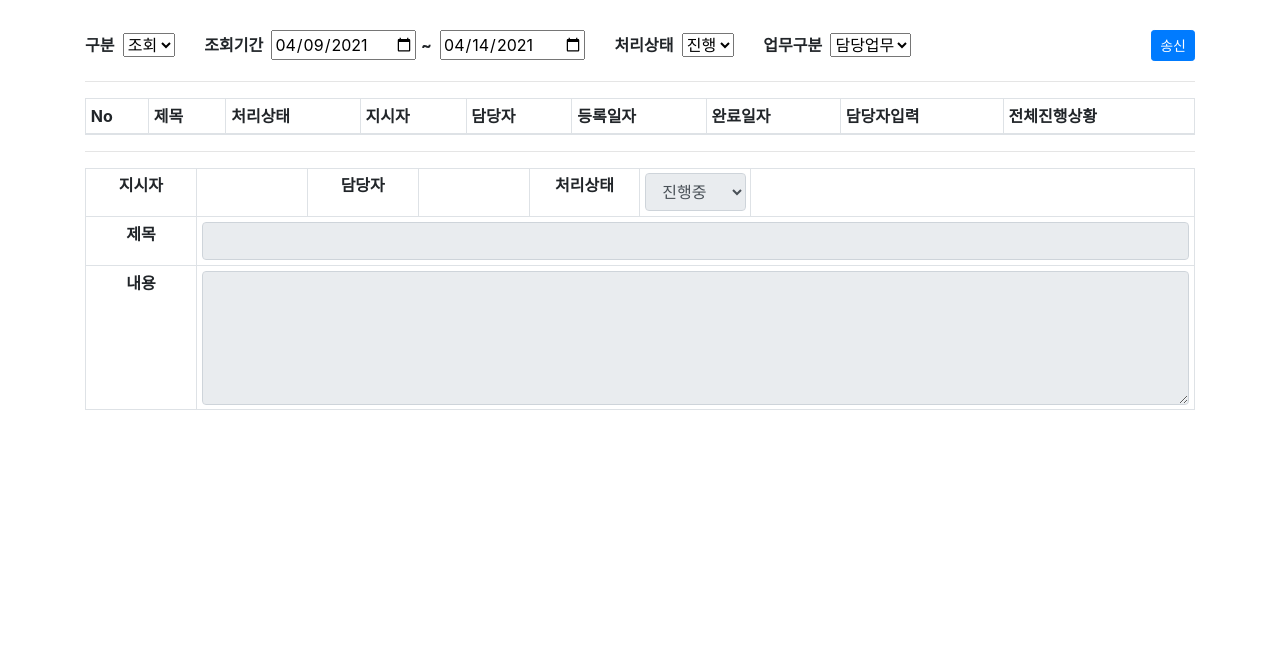
Repository: jungtaeyong/FSB_Project
Page: http://localhost/FsbJobMgt/main.jsp
The author's editor kept a copy of each file at every save. The page is drawn from the files as they stood at one save, then again after the next save.
The browser window is 1280 px wide. The pictures show the whole page.
After loading, the first visible `#action_submit` was clicked once.
The page is served by Tomcat 9.

Above is the page before, as saved 2021-04-16 06:01:30.
Console error: ReferenceError: setTable is not defined

### FsbJobMgt/WebContent/main.jsp
<%@ page language="java" contentType="text/html; charset=EUC-KR" pageEncoding="EUC-KR"%>
<%@ include file="/modal1_Adding.jsp" %>

<!DOCTYPE html PUBLIC "-//W3C//DTD HTML 4.01 Transitional//EN" "http://www.w3.org/TR/html4/loose.dtd">
<html>
<head>
<meta http-equiv="Content-Type" content="text/html; charset=EUC-KR">
<title>업무 관리</title>
</head>
<body>
<!-- jquery  -->
<script type="text/javascript" src="js/jquery-3.6.0.min.js"></script>

<!-- bootstrap -->
<link rel="stylesheet" type="text/css" href="lib/Bootstrap-4-4.1.1/css/bootstrap.min.css"/>
<script type="text/javascript" src="lib/Bootstrap-4-4.1.1/js/bootstrap.min.js"></script>

<!-- datatables -->
<link rel="stylesheet" type="text/css" href="lib/DataTables-1.10.24/css/dataTables.bootstrap4.min.css"/>
<script type="text/javascript" src="lib/DataTables-1.10.24/js/jquery.dataTables.min.js"></script>
<script type="text/javascript" src="lib/DataTables-1.10.24/js/dataTables.bootstrap4.min.js"></script>
<script>
$(document).ready(function() {
	/* 초기 조회 조건 세팅 */
	$('#REQUEST_TYPE').val('1'); //구분
	$('#BZWR_STS').val('01'); //처리상태
	$('#BZWR_DSTC').val('2'); //업무구분

	let befor7days= new Date();
	befor7days.setDate(befor7days.getDate()-5);
	document.getElementById('FROM_DATE').valueAsDate = befor7days; //FROM_DATE
	document.getElementById('TO_DATE').valueAsDate = new Date(); //TO_DATE


	/* 송신버튼 */
	$('#action_submit').click(function(){
		let dvcd = $('#REQUEST_TYPE').val();
		if(dvcd=='1'){
			console.log('조회');
			setTable();
		}else if(dvcd=='2'){
			console.log('등록');
			createNewJob();
		}else if(dvcd=='3'){
			console.log('변경');
			updateJob();
		}
	});

	/* 구분 변경 이벤트 처리 */
	$('#REQUEST_TYPE').change(function() {
		let dvcd = $('#REQUEST_TYPE').val();
		if(dvcd=='1'){
			$('#BZWR_EXC_CHGR_BTN').hide();
			$('#BZWR_STS_2').attr("disabled",true);
			$('#BZWR_TTL').attr("disabled",true);
			$('#BZWR_CNTN').attr("disabled",true);
		}else if(dvcd=='2'){
			$('#BZWR_INDC_CHGR').text('로그인 유저');
			$('#BZWR_EXC_CHGR').text('');
			$('#BZWR_EXC_CHGR_BTN').show();
			$('#BZWR_STS_2').attr("disabled",true);
			$('#BZWR_TTL').val("");
			$('#BZWR_CNTN').val("");
			$('#BZWR_TTL').removeAttr("disabled");
			$('#BZWR_CNTN').removeAttr("disabled");
		}else if(dvcd=='3'){
			$('#BZWR_EXC_CHGR_BTN').show();
			$('#BZWR_STS_2').removeAttr("disabled");
			$('#BZWR_TTL').removeAttr("disabled");
			$('#BZWR_CNTN').removeAttr("disabled");
			alert('변경할 데이터를 선택해주세요.');
		}
	});

} );


	/* 테이블 데이터 로딩 */
	var sendData = {
    		REQUEST_TYPE:$('#REQUEST_TYPE').val(),
    		FROM_DATE:$('#FROM_DATE').val(),
    		TO_DATE:$('#TO_DATE').val(),
    		BZWR_STS:$('#BZWR_STS').val(),
    		BZWR_DSTC:$('#BZWR_DSTC').val()
    };
	console.log('sendData',sendData);
	var jobList = $('#job_list').DataTable( {
        ajax : {
        	url : 'lib/testJson2.json'
        	//type : 'POST',
        	//data : sendData
        },
        columns : [
			{data: null },
			{data: "BZWR_TTL" },
            {data: "BZWR_STS", render : function ( data, type, row, meta ) {
            	if(data=="01"){
            		return '진행중';
            	}else if(data=="02"){
            		return '완료';
            	}
            }},
            {data: "BZWR_INDC_CHGR_TXT" },
            {data: "BZWR_EXC_CHGR_TXT" },
            {data: "BZWR_REG_DT" },
            {data: "BZWR_CMPL_DT" },
            {data: null , render : function ( data, type, row, meta ) {
                return '<button name="first_btn" class="btn btn-sm btn-default">입력</button>'
            }},
            {data: null , render : function ( data, type, row, meta ) {
                return '<button name="second_btn" class="btn btn-sm btn-default">확인</button>'
            }}
        ],
        columnDefs: [{ className: 'text-center', targets: [0,2,3,4,5,6,7,8] }],
        order: [[ 1, 'asc' ]]
    });

	/* 테이블 Index 생성을 위한 함수 */
	jobList.on( 'order.dt search.dt', function () {
		jobList.column(0, {search:'applied', order:'applied'}).nodes().each( function (cell, i) {
	        cell.innerHTML = i+1;
	    } );
	} ).draw();

	/* 테이블 클릭 이벤트  -> 클릭한 row에 해당하는 데이터를 상세 정보에 보여줌*/
	$('#job_list tbody').on('click', 'td:nth-child(-n+7)', function () {
		let data = jobList.row( this ).data();
	    console.log('Table Click Event',data);

		if($('#REQUEST_TYPE').val()!='2'){ //"구분-등록" 상태면 반응 없음.
	        $('#BZWR_INDC_CHGR').text(data.BZWR_INDC_CHGR_TXT); //지시자
	        $('#BZWR_EXC_CHGR').text(data.BZWR_EXC_CHGR_TXT); //담당자
	        $('#BZWR_STS_2').val(data.BZWR_STS); //처리상태(업무상태)
	        $('#BZWR_TTL').val(data.BZWR_TTL); //제목
	        $('#BZWR_CNTN').val(data.BZWR_CNTN); //내용
	        if($('#REQUEST_TYPE').val()=='1' || data.BZWR_STS=='02'){
	        	$('#BZWR_EXC_CHGR_BTN').hide();
				$('#BZWR_STS_2').attr("disabled",true);
				$('#BZWR_TTL').attr("disabled",true);
				$('#BZWR_CNTN').attr("disabled",true);
	        }else{
	        	$('#BZWR_EXC_CHGR_BTN').show();
				$('#BZWR_STS_2').removeAttr("disabled");
				$('#BZWR_TTL').removeAttr("disabled");
				$('#BZWR_CNTN').removeAttr("disabled");
	        }
		}
	} );

	/* 선택된  row 하이라이트 */
	$('#job_list tbody').on('click', 'tr', function() {
		$('#job_list tbody > tr').css('background-color','#ffffff');
		$(this).css('background-color','#f0f5f5');
	});

	/* 테이블 버튼 이벤트(담당자입력) */
	$('#job_list tbody').on( 'click', 'button[name="first_btn"]', function () {
	    let data = jobList.row( $(this).parents('tr') ).data();
		//console.log("First Button",data);
		setData(data); //모달 페이지로 데이터를 전달하기 위한 함수
		$('#exampleModal').modal();
	} );

	/* 테이블 버튼 이벤트(전체진행상황) */
	$('#job_list tbody').on( 'click', 'button[name="second_btn"]', function () {
	    let data = jobList.row( $(this).parents('tr') ).data();
		//console.log("Second Button",data);
	    setData(data); //모달 페이지로 데이터를 전달하기 위한 함수
		$('#exampleModalCenter').modal();
	} );

/* 등록 */
function createNewJob(){
	$.ajax({
		url:'',
		dataType:'application/json',
		data : {
			REQUEST_TYPE:$('#REQUEST_TYPE').val(), //구분(조회,등록,변경)
			BZWR_DSTC:$('#BZWR_DSTC').val(), //업무구분
			BZWR_INDC_CHGR:'로그인 유저', //업무지시담당자
			BZWR_EXC_CHGR:'담당자', //업무수행담당자
			BZWR_STS:'1', //업무상태 (등록 시 진행으로 세팅)
			BZWR_TTL:$('#BZWR_TTL').val(), //업무제목
			BZWR_CNTN:$('#BZWR_CNTN').val() //업무내용
		},
		success:function(data){
			alert('등록 되었습니다.');
	   }
	})
}

/* 변경 */
function updateJob(){
	$.ajax({
		url:'',
		dataType:'application/json',
		data : {
			REQUEST_TYPE:$('#REQUEST_TYPE').val(), //구분(조회,등록,변경)
			BZWR_DSTC:$('#BZWR_DSTC').val(), //업무구분
			BZWR_EXC_CHGR:'담당자', //업무수행담당자
			BZWR_STS:$('#BZWR_STS_2').val(), //업무상태
			BZWR_TTL:$('#BZWR_TTL').val(), //업무제목
			BZWR_CNTN:$('#BZWR_CNTN').val() //업무내용
		},
		success:function(data){
			alert('변경 되었습니다.');
	   }
	})
}

</script>
<div class="container" style="margin-top:30px">
	<!-- 조회 조건 -->
	<div>
		<div>
			<label style="font-weight:bold;">구분&nbsp;</label>
			<select id="REQUEST_TYPE" style="margin-right:25px">
			    <option value="1">조회</option>
			    <option value="2">등록</option>
			    <option value="3">변경</option>
			</select>
			<label style="font-weight:bold">조회기간&nbsp;</label>
			<input type="date" id="FROM_DATE" style="width:145px" value=""/>
			<label style="font-weight:bold">~&nbsp;</label>
			<input type="date" id="TO_DATE" value=""  style="margin-right:25px;width:145px"/>
			<label style="font-weight:bold;">처리상태&nbsp;</label>
			<select id="BZWR_STS" style="margin-right:25px">
			    <option value="01">진행</option>
			    <option value="02">완료</option>
			    <option value="03">전체</option>
			</select>
			<label style="font-weight:bold;">업무구분&nbsp;</label>
			<select id="BZWR_DSTC">
			    <option value="1">지시업무</option>
			    <option value="2">담당업무</option>
			</select>
			<input type='button' id="action_submit" class="btn btn-sm btn-primary" style="float:right" value='송신'/>
		</div>
	</div>
	<hr/>
	<!-- 목록 -->
	<div>
		<table id="job_list" class="table table-sm table-bordered">
	        <thead>
	            <tr>
	            	<th>No</th>
	                <th>제목</th>
	                <th>처리상태</th>
	                <th>지시자</th>
	                <th>담당자</th>
	                <th>등록일자</th>
	                <th>완료일자</th>
	                <th>담당자입력</th>
	                <th>전체진행상황</th>
	            </tr>
	        </thead>
	    </table>
	</div>
	<hr/>
	<!-- 상세 -->
	<div>
		<table class="table table-bordered table-sm display" style="text-align:center;">
			<tr>
				<th scope="col" width="10%">지시자</th>
				<td scope="col" id="BZWR_INDC_CHGR" width="10%"></td>
				<th scope="col" width="10%">담당자</th>
				<td scope="col" width="10%">
					<span id="BZWR_EXC_CHGR"></span>
					<button id="BZWR_EXC_CHGR_BTN" class="btn btn-sm btn-info" style="display:none">선택</button>
				</td>
				<th scope="col" width="10%">처리상태</th>
				<td scope="col" width="10%">
					<select id="BZWR_STS_2" class="form-control" disabled>
					    <option value="01">진행중</option>
					    <option value="02">완료</option>
					</select>
				</td>
				<td scope="col"></td>
			</tr>
			<tr>
				<th scope="row">제목</th><td colspan="6"><input type="text" id="BZWR_TTL" class="form-control input-sm" disabled/></td>
			</tr>
			<tr>
				<th scope="row">내용</th><td colspan="6"><textarea ID="BZWR_CNTN" class="form-control input-sm" rows="5" disabled></textarea></td>
			</tr>
		</table>
	</div>
</div>
</body>
</html>

### FsbJobMgt/WebContent/modal1_Adding.jsp
<%@ page language="java" contentType="text/html; charset=EUC-KR"
    pageEncoding="EUC-KR"%>
<!DOCTYPE html>

<html lang="en">
  <head>
    <!-- Required meta tags -->
    <meta charset="utf-8">
    <meta name="viewport" content="width=device-width, initial-scale=1, shrink-to-fit=no">

	<!-- jquery  -->
	<script type="text/javascript" src="js/jquery-3.6.0.min.js"></script>

	<!-- bootstrap -->
	<link rel="stylesheet" type="text/css" href="lib/Bootstrap-4-4.1.1/css/bootstrap.min.css"/>
	<script type="text/javascript" src="lib/Bootstrap-4-4.1.1/js/bootstrap.min.js"></script>




<!--     드롭다운 style -->
    <style>
	.dropbtn {
	  background-color: #4CAF50;
	  color: white;
	  padding: 16px;
	  font-size: 16px;
	  border: none;
	}

	.dropdown {
	  position: relative;
	  display: inline-block;
	}

	.dropdown-content {
	  display: none;
	  position: absolute;
	  background-color: #f1f1f1;
	  min-width: 160px;
	  box-shadow: 0px 8px 16px 0px rgba(0,0,0,0.2);
	  z-index: 1;
	}

	.dropdown-content a {
	  color: black;
	  padding: 12px 16px;
	  text-decoration: none;
	  display: block;
	}

	.dropdown-content a:hover {background-color: #ddd;}

	.dropdown:hover .dropdown-content {display: block;}

	.dropdown:hover .dropbtn {background-color: #3e8e41;}
	</style>

  </head>
  <script>
	function setData(data){
		let dataObjFromMain; //dataObjFromMain.JOB_CD 처럼 접근해서 사용.
		dataObjFromMain=data;
		console.log('dataObjFromMain',dataObjFromMain); //확인용

		/* 여기에 DB에 데이터 요청하고 받아오고 view에 적용하는 로직 작성 */
	}
  </script>
  <body>
    <!--
    <h1>In Page</h1>
	<button type="button" class="btn btn-primary" data-toggle="modal" data-target="#exampleModal" data-whatever="@mdo">담당자 추가</button>
	-->


	<!-- 	### 담당자 추가 -->
	<div class="modal fade" id="exampleModal" tabindex="-1" role="dialog" aria-labelledby="exampleModalLabel" aria-hidden="true">
	  <div class="modal-dialog" role="document">
	    <div class="modal-content">
	      <div class="modal-header">
	        <h5 class="modal-title" id="exampleModalLabel">담당자 추가</h5>
	        <button type="button" class="close" data-dismiss="modal" aria-label="Close">
	          <span aria-hidden="true">&times;</span>
	        </button>
	      </div>

	      <div class="modal-body">
		    <b>최초 지시자&emsp;</b> <em>OOO</em>
		    &emsp;&emsp;&emsp;&emsp;&emsp;
		    <b>현재 담당자&emsp;</b> <em>OOO</em>

	     	<br/><br/>

			<table>
				<tr><!--행(row)선언-->
	                <th><b>추가 담당자</b></th>


	                	<!-- <input type="text" name = "UserID" value="" placeholder = "담당자 입력" style="width:100px; right:30%;"/> -->
	                	<!-- <input type="text" class="form-control" id="recipient-name" style="width:100px; padding-left:10px"> -->
	                	<td>
	                	&emsp;
	                		<select name="solar_birth_yn" id="solar_birth_yn">
		                		<option value="none">부 서</option>
		 				       	<option value="1">IT</option>
					       	 	<option value="2">일반본부</option>
					   		</select>
					   	&emsp;
					   		<select name="solar_birth_yn" id="solar_birth_yn">
		                		<option value="none">팀</option>
		 				       	<option value="1">계정운영팀</option>
					       	 	<option value="2">계정개발팀</option>
					   		</select>
					   	&emsp;
					   		<select name="solar_birth_yn" id="solar_birth_yn">
		                		<option value="none">사원</option>
		 				       	<option value="1">홍길동</option>
					       	 	<option value="2">김동율</option>
					   		</select>
					    </td>

	                <!-- <th rowspan="2"><input type="submit" value="로그인"/></th> -->
        	    </tr>
			</table>


			<hr>

	        <form>
	          <div class="form-group">
	            <label for="recipient-name" class="col-form-label">제 목</label>
	            <input type="text" class="form-control" id="recipient-name">
	          </div>
	          <div class="form-group">
	            <label for="message-text" class="col-form-label">내 용</label>
	            <textarea class="form-control" id="message-text" style="height:100px"></textarea>
	          </div>
	        </form>
	      </div>

	      <div class="modal-footer">
	        <button type="button" class="btn btn-secondary" data-dismiss="modal">닫기</button>
	        <button type="button" class="btn btn-primary">등록</button>
	      </div>
	    </div>
	  </div>
	</div>

	<!-- 	### 지시현황 체크 -->
		<!-- Button trigger modal -->
	<!--
	<button type="button" class="btn btn-primary" data-toggle="modal" data-target="#exampleModalCenter">
	  지시현황
	</button>
	-->

	<!-- Modal -->
	<div class="modal fade" id="exampleModalCenter" tabindex="-1" role="dialog" aria-labelledby="exampleModalCenterTitle" aria-hidden="true">
	  <div class="modal-dialog modal-dialog-centered" role="document">
	    <div class="modal-content">
	      <div class="modal-header">
	        <h5 class="modal-title" id="exampleModalCenterTitle">지시현황</h5>
	        <button type="button" class="close" data-dismiss="modal" aria-label="Close">
	          <span aria-hidden="true">&times;</span>
	        </button>
	      </div>

	      <div class="modal-body">
		     <table class="table">
				 <thead>
				   <tr>
				      <th>지시자</th>
				      <th>담당자</th>
				      <th>처리 상태</th>
   				      <th>지시 일자</th>
				   </tr>
				 </thead>
				 <tbody>
				   <tr>
				      <td>John</td>
				      <td>Doe</td>
				      <td>진행중</td>
				      <td>2021.03.01</td>
				   </tr>
				   <tr>
				      <td>Doe</td>
				      <td>Moe</td>
				      <td>진행중</td>
   				      <td>2021.04.02</td>
				   </tr>
				   <tr>
				      <td>Moe</td>
				      <td>Ryul</td>
				      <td>완료</td>
				      <td>2021.04.10</td>
				   </tr>
				 </tbody>
			</table>
	      </div>

	      <div class="modal-footer">
	        <button type="button" class="btn btn-secondary" data-dismiss="modal">닫기</button>
	      </div>
	    </div>
	  </div>
</div>




 </body>
</html>

### FsbJobMgt/WebContent/lib/testJson2.json
{
  "data": [
    {
      "BZWR_DSTC": "1",
      "JOB_CD": "20210410123456",
      "SQNO": "1",
      "BZWR_STS": "01",
      "BZWR_REG_DT": "2021-04-10",
      "BZWR_CMPL_DT": "",
      "BZWR_INDC_CHGR": "221001",
      "BZWR_INDC_CHGR_TXT": "김동률",
      "BZWR_EXC_CHGR":"221002",
      "BZWR_EXC_CHGR_TXT":"전명환",
      "BZWR_TTL":"업무제목랄랄랄",
      "BZWR_CNTN":"업무내용호롤롤롤"
    },
    {
      "BZWR_DSTC": "1",
      "JOB_CD": "20210410153215",
      "SQNO": "2",
      "BZWR_STS": "01",
      "BZWR_REG_DT": "2021-04-10",
      "BZWR_CMPL_DT": "",
      "BZWR_INDC_CHGR": "221001",
      "BZWR_INDC_CHGR_TXT": "김동산",
      "BZWR_EXC_CHGR":"221002",
      "BZWR_EXC_CHGR_TXT":"나승훈",
      "BZWR_TTL":"한국신용정보원",
      "BZWR_CNTN":"일반신용정보관리규약 실무 해설"
    },
    {
      "BZWR_DSTC": "1",
      "JOB_CD": "20210410095031",
      "SQNO": "3",
      "BZWR_STS": "02",
      "BZWR_REG_DT": "2021-04-10",
      "BZWR_CMPL_DT": "2021-04-20",
      "BZWR_INDC_CHGR": "221001",
      "BZWR_INDC_CHGR_TXT": "배문국",
      "BZWR_EXC_CHGR":"221002",
      "BZWR_EXC_CHGR_TXT":"엄상식",
      "BZWR_TTL":"Unit Method 명명규칙",
      "BZWR_CNTN":"피대문자 어플리케이션코드 세자리 대문자 업무구분코드"
    }
 ]
}

Loaded but not shown: FsbJobMgt/WebContent/js/jquery-3.6.0.min.js (library); FsbJobMgt/WebContent/lib/Bootstrap-4-4.1.1/css/bootstrap.min.css (library); FsbJobMgt/WebContent/lib/Bootstrap-4-4.1.1/js/bootstrap.min.js (library); FsbJobMgt/WebContent/lib/DataTables-1.10.24/css/dataTables.bootstrap4.min.css (library); FsbJobMgt/WebContent/lib/DataTables-1.10.24/js/jquery.dataTables.min.js (library); FsbJobMgt/WebContent/lib/DataTables-1.10.24/js/dataTables.bootstrap4.min.js (library)

After the next save:
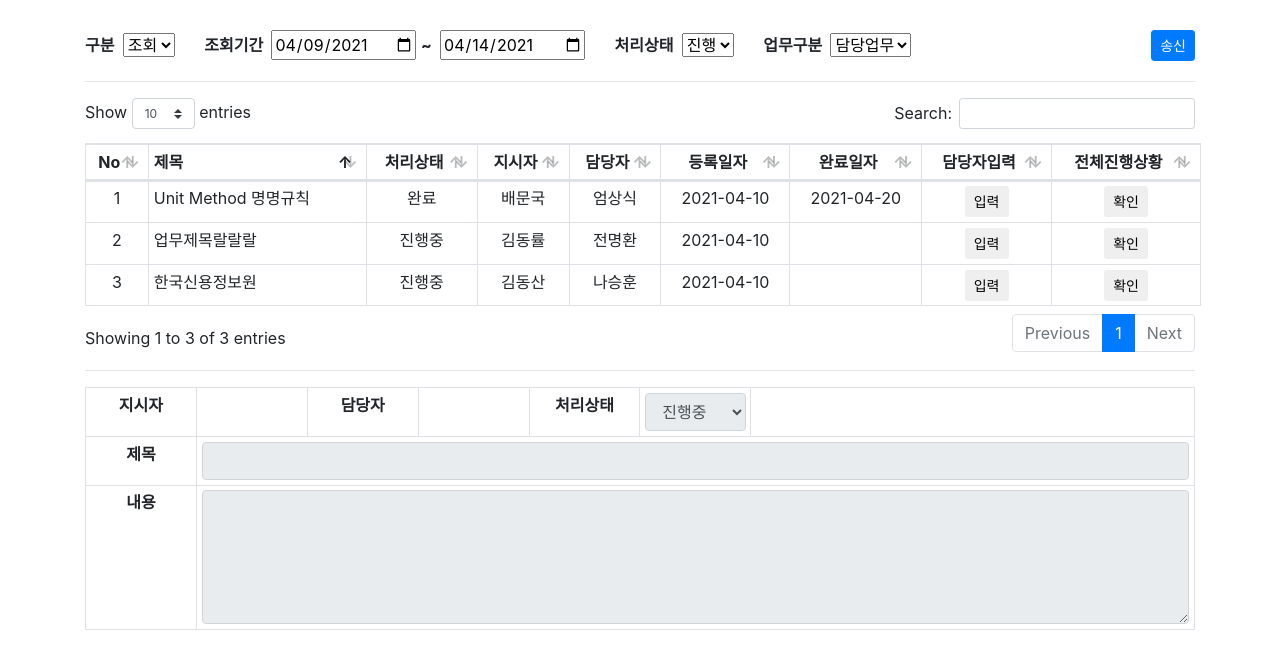
The error is gone.
Saved 34 s later.
--- a/FsbJobMgt/WebContent/main.jsp
+++ b/FsbJobMgt/WebContent/main.jsp
@@ -75,9 +75,9 @@ $(document).ready(function() {
 
 } );
 
-
+function setTable(){
 	/* 테이블 데이터 로딩 */
-	var sendData = {
+	let sendData = {
     		REQUEST_TYPE:$('#REQUEST_TYPE').val(),
     		FROM_DATE:$('#FROM_DATE').val(),
     		TO_DATE:$('#TO_DATE').val(),
@@ -85,7 +85,7 @@ $(document).ready(function() {
     		BZWR_DSTC:$('#BZWR_DSTC').val()
     };
 	console.log('sendData',sendData);
-	var jobList = $('#job_list').DataTable( {
+	let jobList = $('#job_list').DataTable( {
         ajax : {
         	url : 'lib/testJson2.json'
         	//type : 'POST',
@@ -169,6 +169,7 @@ $(document).ready(function() {
 	    setData(data); //모달 페이지로 데이터를 전달하기 위한 함수
 		$('#exampleModalCenter').modal();
 	} );
+}
 
 /* 등록 */
 function createNewJob(){
